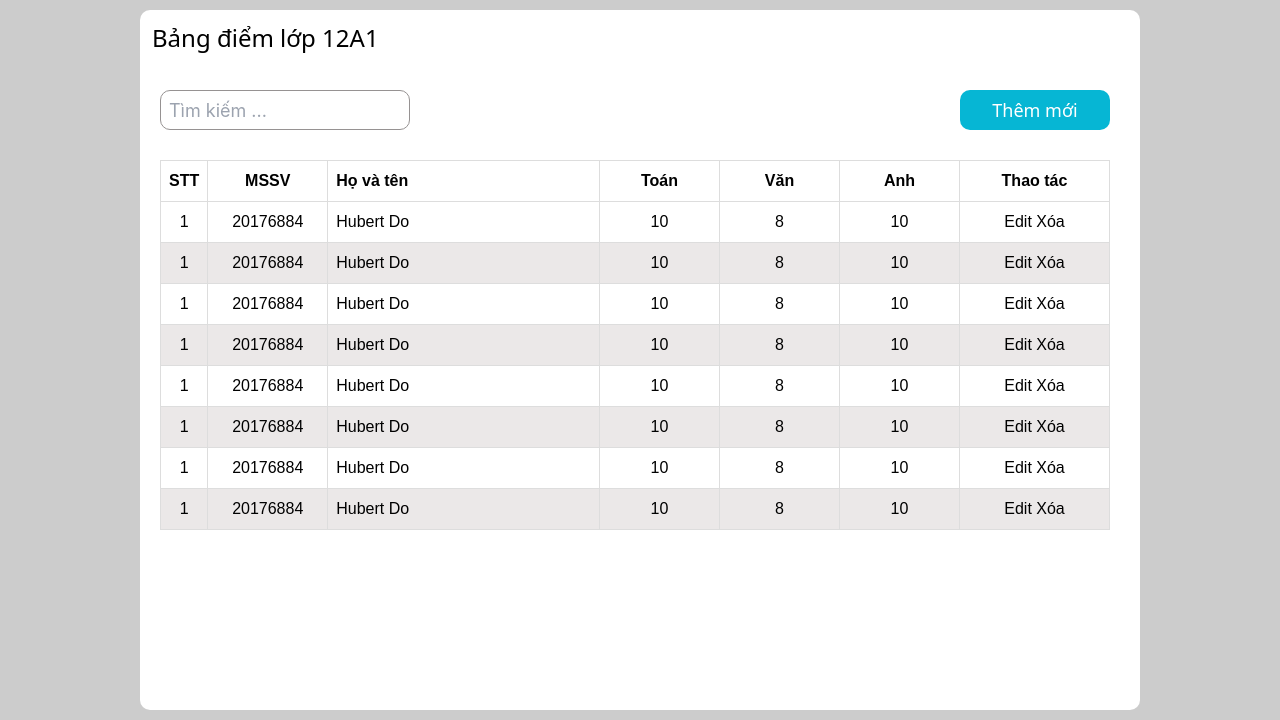
Repository: doducthuan/ReactJS-Movie
Page: /
These files come from the project's save history. The page is drawn as it stood at one moment and after the next save; the edit follows.
The browser window is 1280 px wide. The pictures show the whole page.
The project was rebuilt for these pictures with package versions that can differ from the ones it lists, and the page was loaded fresh each time. Also part of the build but not shown: src/App.css.

Above is the page before, as saved 2024-01-13 08:00:31.

After the next save:
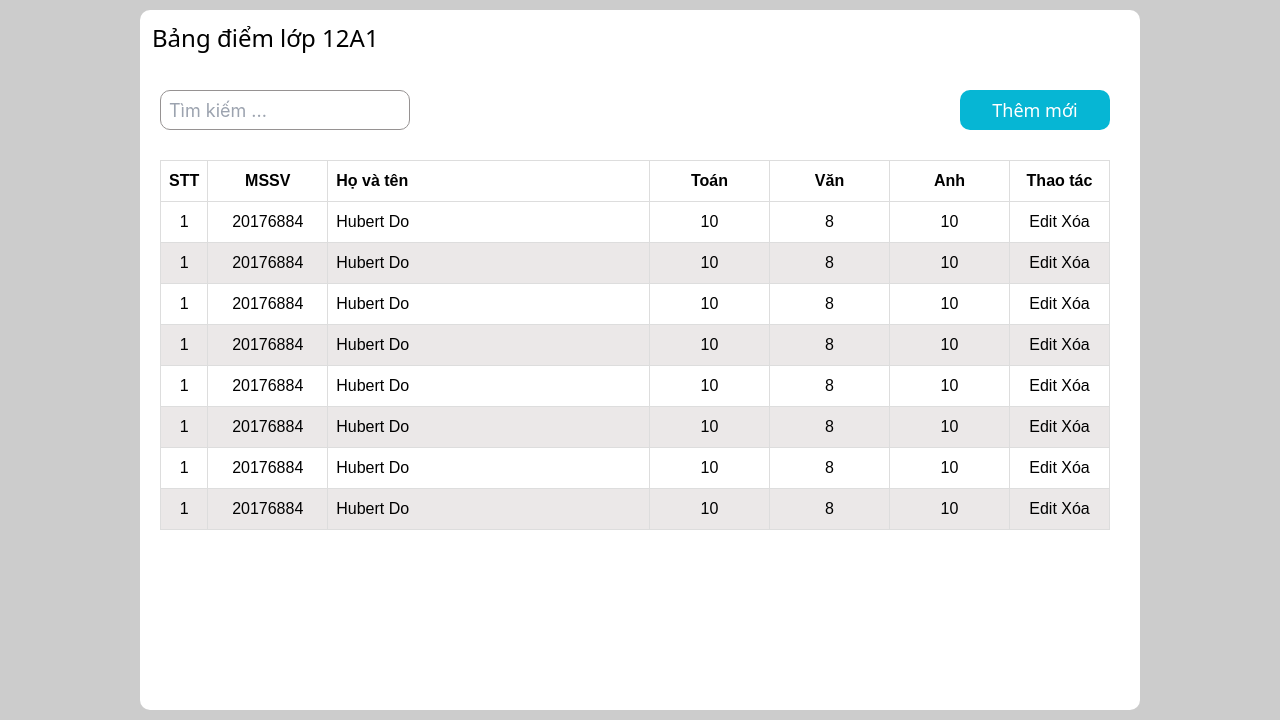
Saved 2 s later.
--- a/src/components/students/style_table.css
+++ b/src/components/students/style_table.css
@@ -48,5 +48,5 @@ tbody tr td:nth-child(6){
 }
 thead tr th:nth-child(7),
 tbody tr td:nth-child(7){
-    min-width: 80px;
+    width: 100px;
 }
